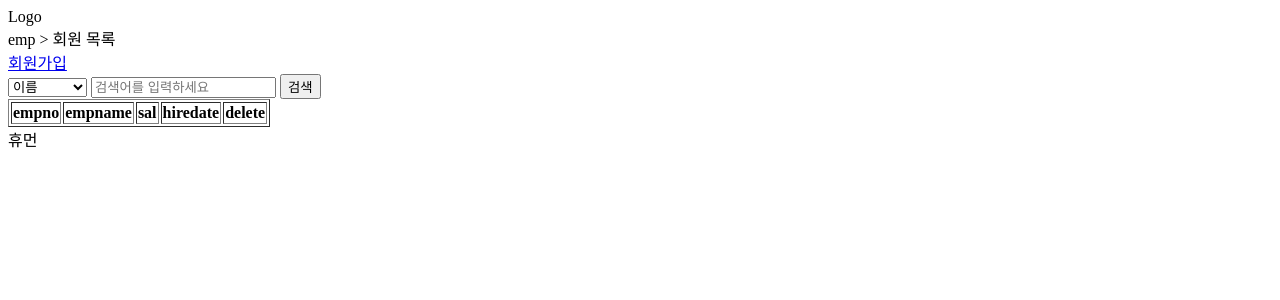
Repository: polikiki/Connor-s-team-projectt
Page: http://localhost/proj6_myBatis/emp0
These files come from the project's save history. The page is drawn as it stood at one moment and after the next save; the edit follows.
The browser window is 1280 px wide. The pictures show the whole page.
The page is served by Tomcat 9. Queries for data that is not in the repository find no rows.

Above is the page before, as saved 2024-09-20 03:37:04.

After the next save:
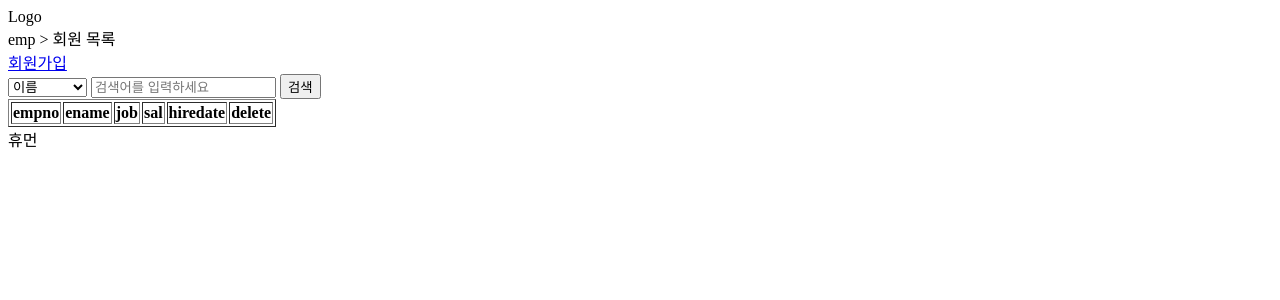
Saved 52 s later.
--- a/workspace_java/proj6_myBatis/src/main/webapp/WEB-INF/views/emp.jsp
+++ b/workspace_java/proj6_myBatis/src/main/webapp/WEB-INF/views/emp.jsp
@@ -33,7 +33,8 @@
 				<thead>
 					<tr>
 						<th>empno</th>
-						<th>empname</th>
+						<th>ename</th>
+						<th>job</th>
 						<th>sal</th>
 						<th>hiredate</th>
 						<th>delete</th>
